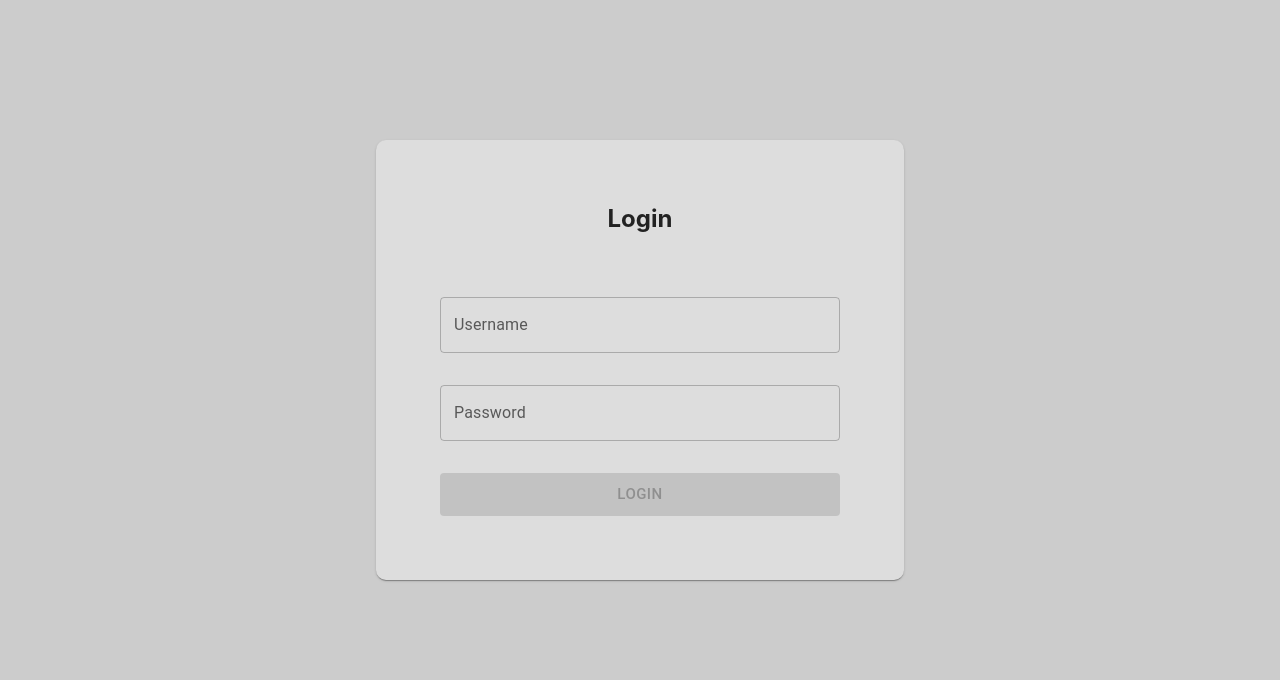
Repository: devhalo21028/learn-react
Page: / (app in end-to-end-test/my-app/)
An editor plug-in stored every save of this project. The page is shown before and after the next save, followed by the edit.
The browser window is 1280 px wide. The pictures show the whole page.
The page's requests for data from a server got no answer. The project was rebuilt for these pictures with package versions that can differ from the ones it lists, and the page was loaded fresh each time. No one was signed in, and anything a server would have sent is missing. Also part of the build but not shown: end-to-end-test/my-app/src/general/components/Welcome/Welcome.tsx.

Above is the page before, as saved 2022-01-18 19:11:45.

After the next save:
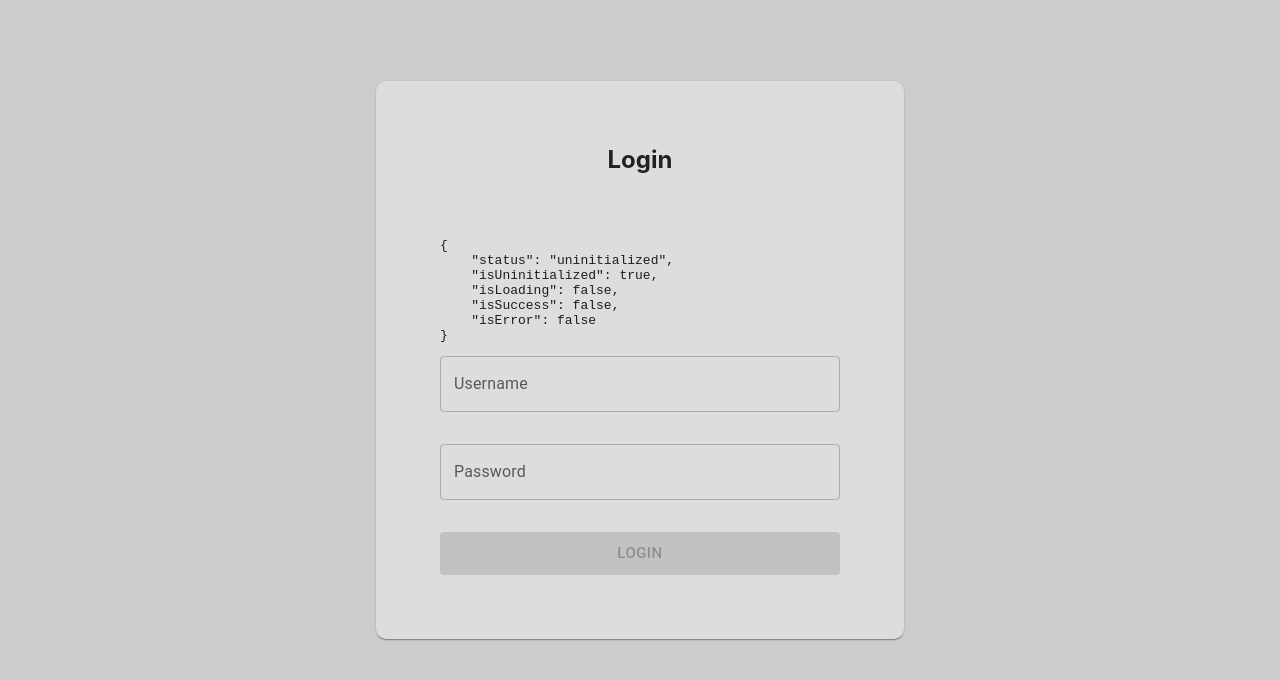
Saved 92 min 11 s later.
--- a/end-to-end-test/my-app/src/auth/components/Login/Login.tsx
+++ b/end-to-end-test/my-app/src/auth/components/Login/Login.tsx
@@ -48,6 +48,9 @@
         >
           Login
         </h1>
+        <pre>
+          {JSON.stringify(loginState, null, 4)}
+        </pre>
         <LoginForm
           onSubmit={handleFormSubmit}
           isSubmitting={loginState.isLoading}

After the save that followed:
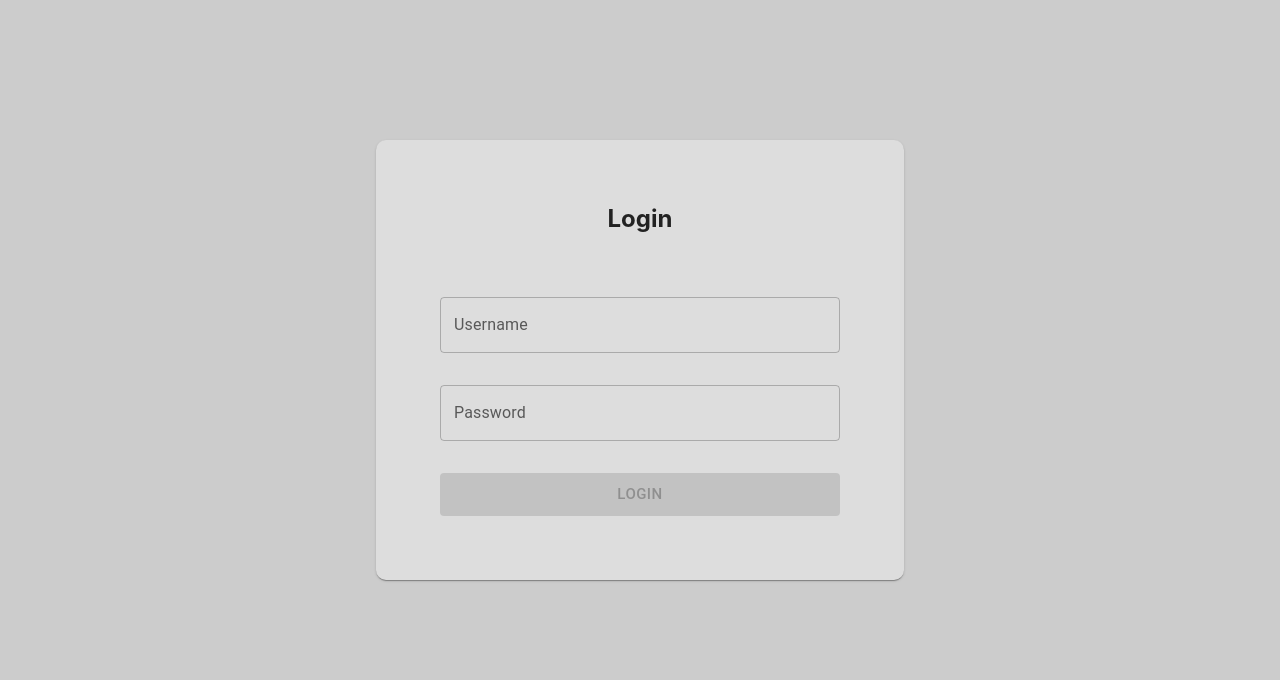
Saved 37 s later.
--- a/end-to-end-test/my-app/src/auth/components/Login/Login.tsx
+++ b/end-to-end-test/my-app/src/auth/components/Login/Login.tsx
@@ -48,9 +48,7 @@
         >
           Login
         </h1>
-        <pre>
-          {JSON.stringify(loginState, null, 4)}
-        </pre>
+
         <LoginForm
           onSubmit={handleFormSubmit}
           isSubmitting={loginState.isLoading}
